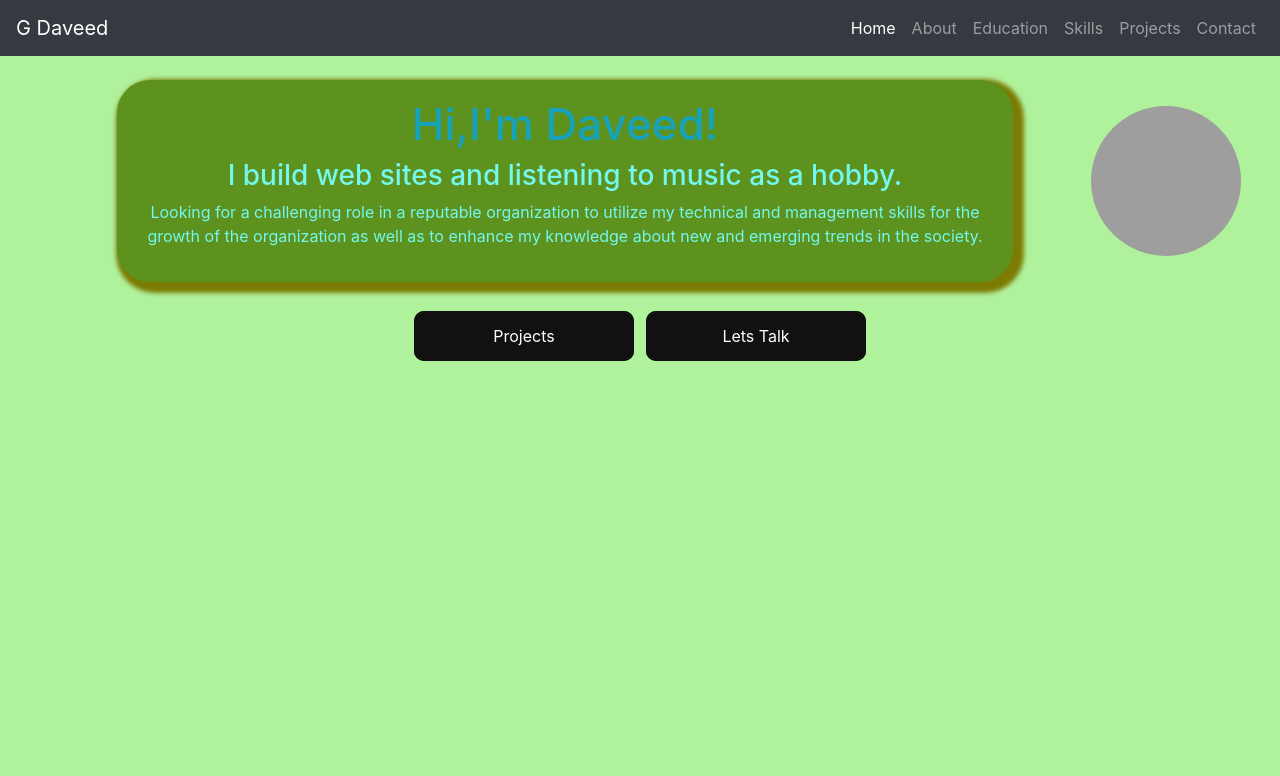
Repository: DaveedGangi/DaveedWebsite
Page: one.html
These files come from the project's save history. The page is drawn as it stood at one moment and after a run of saves; the edit follows.
The browser window is 1280 px wide. The pictures show the whole page.
Pictures or frames that could not be fetched are drawn as grey boxes.

Above is the page before, as saved 2023-10-23 13:27:05.

After the next 2 saves:
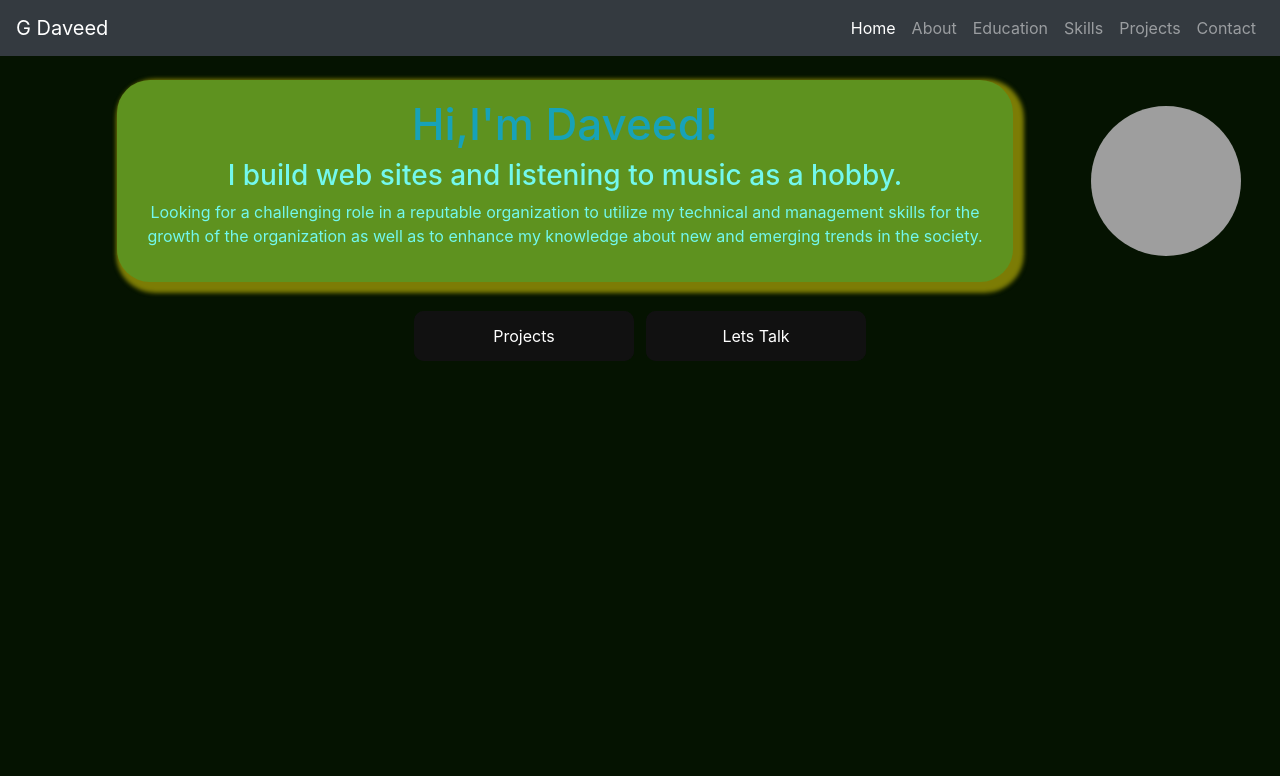
The 2 saves are shown as one change because they came seconds apart.
The last was saved 18 s later.
--- a/two.css
+++ b/two.css
@@ -1,7 +1,7 @@
 .bgcontainer {
     height:100vh;
     background-size:cover;
-    background-color:rgb(176, 241, 156);
+    background-color:rgb(5, 19, 1);
 
 }
 .mystory{
